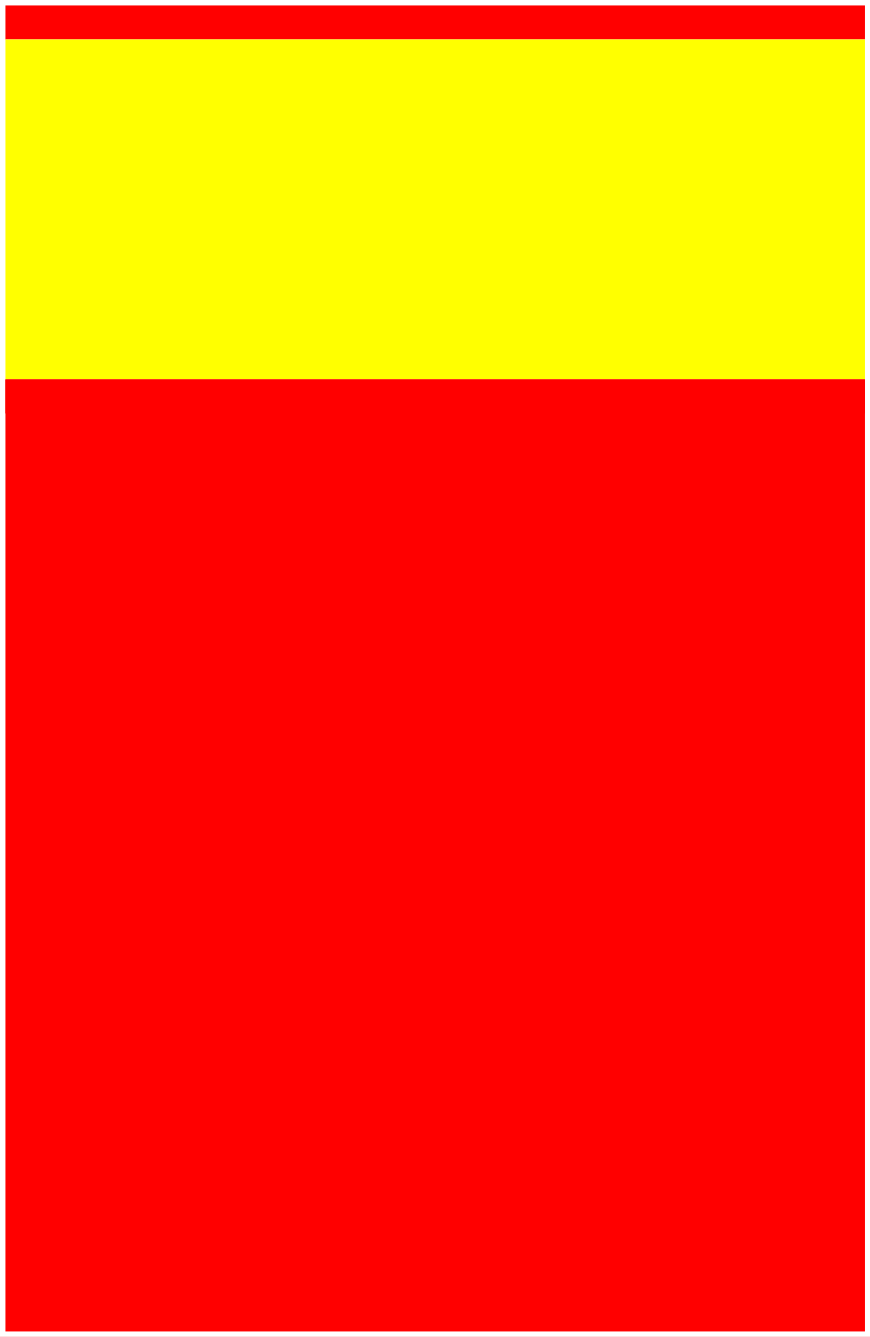
Repository: pureforest/html
Page: chapter4/chapter4.html
The author's editor kept a record of every edit. The page is drawn from the files as they stood at one moment, then again after the next edit.
The browser window is 1280 px wide. The pictures show the whole page, at 68% of full size.

Above is the page before.

### chapter4/chapter4.html
<!DOCTYPE html1>
<html lang="ja">
  <head>

    <meta charest="UTF-8"/>
    <link rel="stylesheet" href="chapter4style.css"/>
    <title>chapter4</title>
    </head>

    <div class="header"></div>

    <div class="main-visual"></div>

    <div class="main">
      <div class="left"></div>
      <div class="central"></div>
      <div class="right"></div>
    </div>

### chapter4/chapter4style.css
.header{
 width: 100%;
 height: 50px;
 background-color: red;
}

.main-visual{
  width: 100%;
 height: 500px;
 background-color: yellow;
}

.main{
  width: 100%;
 height: 1400px;
 background-color: red;
}

.left{
  width: 100%;
 height: 50px;
 background-color: red;
}

After the next edit:
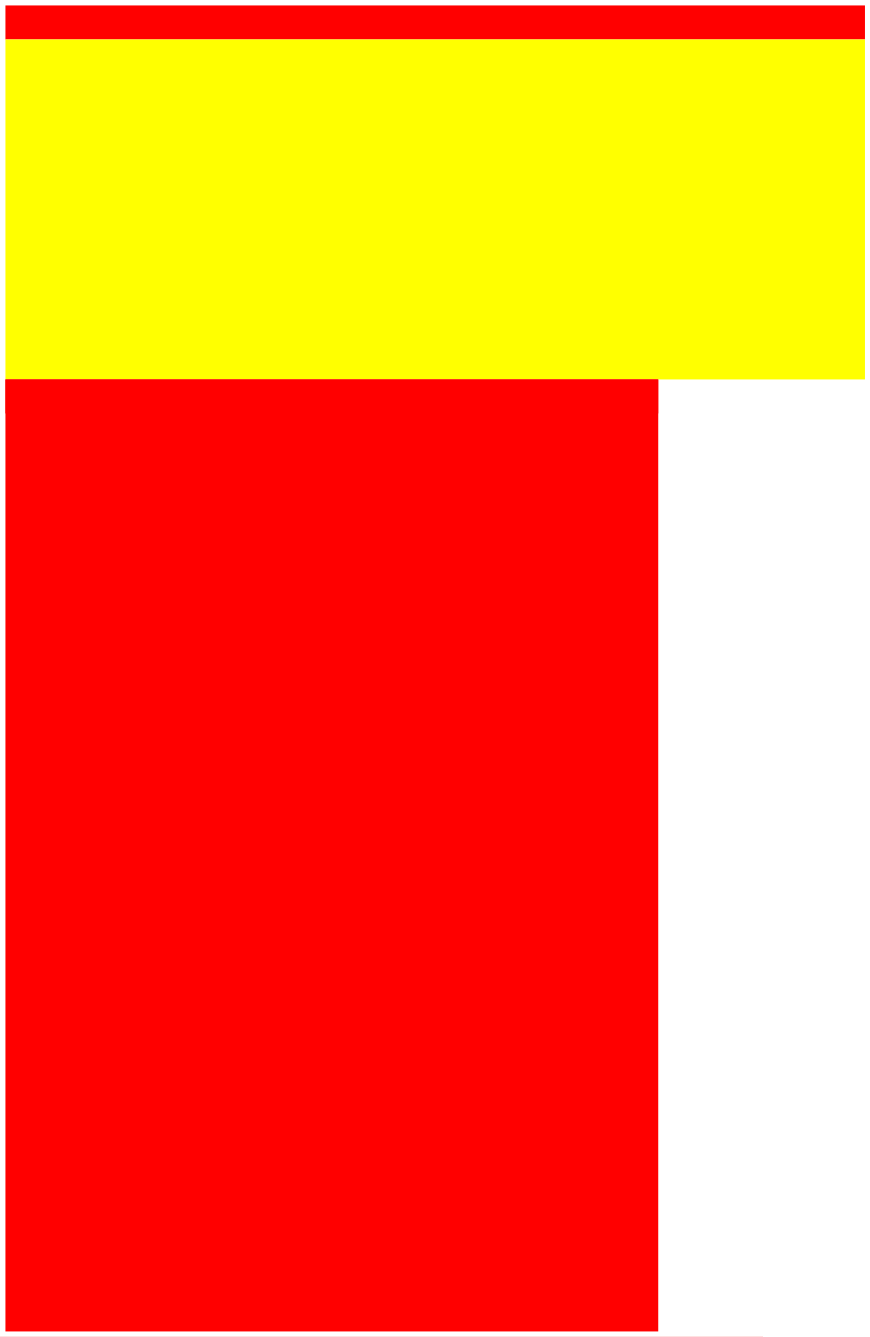
The edit:
--- a/chapter4/chapter4style.css
+++ b/chapter4/chapter4style.css
@@ -11,7 +11,7 @@
 }
 
 .main{
-  width: 100%;
+  width: 960px;
  height: 1400px;
  background-color: red;
 }
